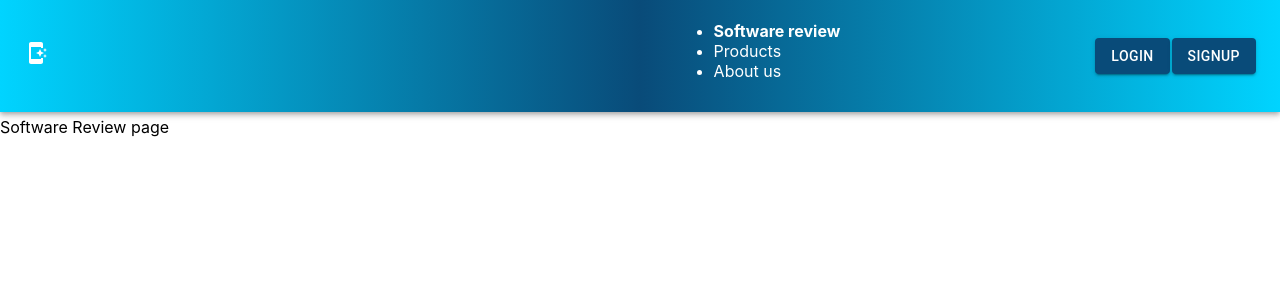
Repository: Alaa-M1/phoenix-products-reactjs-mui
Page: /
The author's editor kept a copy of each file at every save. The page is drawn from the files as they stood at one save, then again after a run of saves.
The browser window is 1280 px wide. The pictures show the whole page.
The project was rebuilt for these pictures with package versions that can differ from the ones it lists, and the page was loaded fresh each time. Also part of the build but not shown: src/App.css, src/pages/Products/index.tsx, src/pages/AboutUs/index.tsx.

Above is the page before, as saved 2023-04-18 20:20:52.

### src/App.tsx
import React from "react";
import "./App.css";
import { Routes, Route } from "react-router-dom";
import SoftwareReview from "pages/SoftwareReview";
import Products from "pages/Products";
import AboutUs from "pages/AboutUs";
import AppLayout from "pages/AppLayout";
import { linksDetails } from "shared";

function App() {
  return (
    <Routes>
      <Route path="/" element={<AppLayout links={linksDetails} />}>
        <Route index element={<SoftwareReview />}></Route>
        <Route path="/products" element={<Products />}></Route>
        <Route path="/about-us" element={<AboutUs />}></Route>
      </Route>
    </Routes>
  );
}

export default App;

### src/pages/SoftwareReview/index.tsx
const SoftwareReview = () => {
  return <div>Software Review page</div>;
};

export default SoftwareReview;

### src/pages/AppLayout/index.tsx
import React from "react";
import {
  AppBar,
  Toolbar,
  Grid,
  Typography,
  Button,
  Box,
  useTheme,
  useMediaQuery,
} from "@mui/material";
import AppShortcutIcon from "@mui/icons-material/AppShortcut";
import { Outlet, useLocation } from "react-router-dom";
import { StyledLink, StyledNav, linksDetails } from "shared";
import { AppLayoutProps } from "./types";
import CustomDrawer from "./components/CustomDrawer";

const AppLayout = ({ links }: AppLayoutProps) => {
  const { pathname } = useLocation();
  const theme = useTheme();
  const isSmallScreen = useMediaQuery(theme.breakpoints.down("md"));
  return (
    <>
      <AppBar
        sx={{
          position: "relative",
          backgroundImage:
            "linear-gradient(90deg,rgba(0, 212, 255, 1) 0%,rgba(9, 75, 121, 1) 50%,rgba(0, 212, 255, 1) 100%)",
          marginBottom: "5px",
        }}
      >
        <Toolbar>
          <Grid container style={{ placeItems: "center" }}>
            {isSmallScreen ? (
              <Grid item xs={12}>
              <Typography>
                <AppShortcutIcon />
              </Typography>
            </Grid>
            ) : (
              <>
                <Grid item xs={2}>
                  <Typography>
                    <AppShortcutIcon />
                  </Typography>
                </Grid>
                <Grid item xs={6}>
                  <StyledNav>
                    <ul>
                      {links.map((link, index) => (
                          <StyledLink key={index}
                            to={link.path}
                            isActive={pathname === link.path}
                          >
                            {link.label}
                          </StyledLink>
                      ))}
                    </ul>
                  </StyledNav>
                </Grid>
                <Grid item xs={1} />
                <Grid item xs={3}>
                  <Box sx={{ display: "flex" }}>
                    <Button
                      sx={{
                        marginLeft: "auto",
                        backgroundColor: "rgba(9,75,121,1)",
                      }}
                      variant="contained"
                    >
                      Login
                    </Button>
                    <Button
                      sx={{
                        marginLeft: "2px",
                        backgroundColor: "rgba(9,75,121,1)",
                      }}
                      variant="contained"
                    >
                      Signup
                    </Button>
                  </Box>
                </Grid>
              </>
            )}
          </Grid>
          <CustomDrawer links={linksDetails} isSmallScreen={isSmallScreen} />
        </Toolbar>
      </AppBar>
      <main>
        <Outlet />
      </main>
    </>
  );
};

export default AppLayout;

### src/shared/index.ts
export * from './StyledNav';
export * from './StyledLink';
export * from './linksDetails';

### src/pages/AppLayout/components/CustomDrawer.tsx
import { CustomDrawerProps } from "../types";
import Drawer from "@mui/material/Drawer";
import {
  List,
  ListItemIcon,
  ListItemText,
  IconButton,
  Box,
  ListItemButton,
} from "@mui/material";
import { useState } from "react";
import MenuOutlinedIcon from "@mui/icons-material/MenuOutlined";
import { Link, useLocation } from "react-router-dom";
import { StyledLink } from "shared";
const CustomDrawer = ({ links, isSmallScreen }: CustomDrawerProps) => {
  const [open, setOpen] = useState(false);
  const { pathname } = useLocation();
  return (
    <>
      {isSmallScreen ? (
        <>
          <IconButton
            aria-label="Open menu drawer"
            onClick={() => setOpen(true)}
          >
            <MenuOutlinedIcon></MenuOutlinedIcon>
          </IconButton>

          <Drawer open={open} anchor="left" onClose={() => setOpen(false)}>
            <List>
              {links.map((link, index) => (
                <li key={index}>
                  <StyledLink to={link.path} isActive={pathname === link.path}>
                    {link.label}
                  </StyledLink>
                </li>
              ))}
            </List>
          </Drawer>
        </>
      ) : null}
    </>
  );
};

export default CustomDrawer;

### src/shared/StyledNav.tsx
import styled from "styled-components";

const StyledNav = styled.nav`
padding: 5px;
display: flex;
margin-bottom: 10px;
ul {
  display: inline-block;
  width: auto;
  margin-left: auto;
}
a{
  color: #fff;
}
`;

export {StyledNav}

### src/shared/StyledLink.tsx
import { Link, LinkProps } from "react-router-dom";
import styled from "styled-components";

type LinkComponentProps = LinkProps &
  React.RefAttributes<HTMLAnchorElement> & {
    isActive: boolean;
  };
const LinkComponent = (props: LinkComponentProps) => {
  return (
    <li>
      <Link {...props}></Link>
    </li>
  );
};
const StyledLink = styled(LinkComponent)`
  font-weight: ${(p) => (p.isActive ? "bold" : "normal")};

  text-decoration: none;
  li {
    margin-left: auto;
    display: inline-block;
    margin: 0px 10px;
    list-style: none;
  }
  a {
    text-decoration: none;
  }
`;

export { StyledLink };

### src/shared/linksDetails.ts
import { LinkInfo } from "types";

export const linksDetails: Array<LinkInfo> = [
    { label: "Software review", path: "/" },
    { label: "Products", path: "/products" },
    { label: "About us", path: "/about-us" },
  ];

Loaded but not shown: public/index.html (common file); src/index.tsx (common file); src/index.css (common file); src/reportWebVitals.ts (common file)

After the next 2 saves:
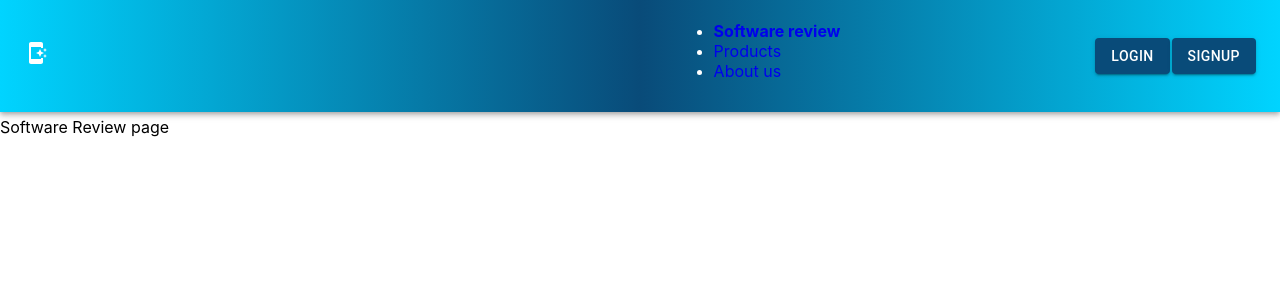
The 2 saves are shown as one change because they came seconds apart.
The last was saved 16 s later.
--- a/src/shared/StyledNav.tsx
+++ b/src/shared/StyledNav.tsx
@@ -4,14 +4,12 @@ const StyledNav = styled.nav`
 padding: 5px;
 display: flex;
 margin-bottom: 10px;
+color: #fff;
 ul {
   display: inline-block;
   width: auto;
   margin-left: auto;
 }
-a{
-  color: #fff;
-}
 `;
 
 export {StyledNav}
